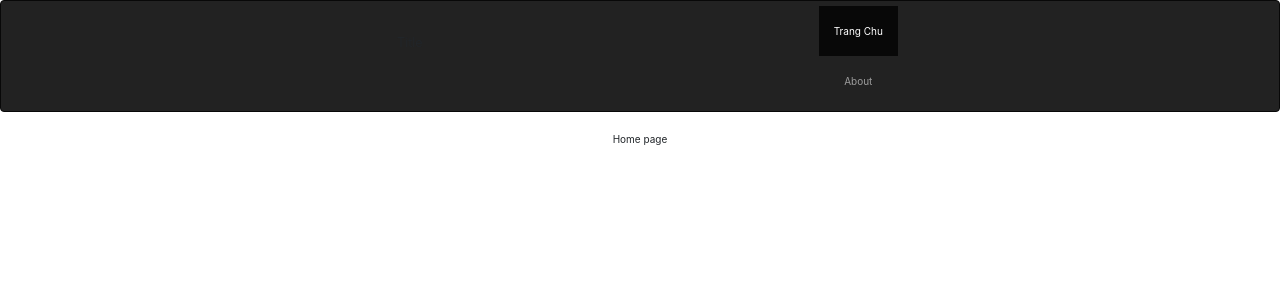
Repository: hntvip/react-route
Page: /
These files come from the project's save history. The page is drawn as it stood at one moment and after the next save; the edit follows.
The browser window is 1280 px wide. The pictures show the whole page.
The project was rebuilt for these pictures with package versions that can differ from the ones it lists, and the page was loaded fresh each time. Also part of the build but not shown: src/components/About.js.

Above is the page before, as saved 2019-11-27 16:39:44.

### public/index.html
<!DOCTYPE html>
<html lang="en">
  <head>
    <meta charset="utf-8" />
    <link rel="icon" href="%PUBLIC_URL%/favicon.ico" />
    <meta name="viewport" content="width=device-width, initial-scale=1" />
    <meta name="theme-color" content="#000000" />
    <meta
      name="description"
      content="Web site created using create-react-app"
    />
    <link rel="apple-touch-icon" href="logo192.png" />
    <!--
      manifest.json provides metadata used when your web app is installed on a
      user's mobile device or desktop. See https://developers.google.com/web/fundamentals/web-app-manifest/
    -->
    <link rel="manifest" href="%PUBLIC_URL%/manifest.json" />
    <!--
      Notice the use of %PUBLIC_URL% in the tags above.
      It will be replaced with the URL of the `public` folder during the build.
      Only files inside the `public` folder can be referenced from the HTML.

      Unlike "/favicon.ico" or "favicon.ico", "%PUBLIC_URL%/favicon.ico" will
      work correctly both with client-side routing and a non-root public URL.
      Learn how to configure a non-root public URL by running `npm run build`.
    -->
    <title>React App</title>

    <!-- Latest compiled and minified CSS & JS -->
    <link rel="stylesheet" media="screen" href="//netdna.bootstrapcdn.com/bootstrap/3.3.4/css/bootstrap.min.css">
    <script src="//code.jquery.com/jquery.js"></script>
    <script src="//netdna.bootstrapcdn.com/bootstrap/3.3.4/js/bootstrap.min.js"></script>

  </head>
  <body>
    <noscript>You need to enable JavaScript to run this app.</noscript>
    <div id="root"></div>
    <!--
      This HTML file is a template.
      If you open it directly in the browser, you will see an empty page.

      You can add webfonts, meta tags, or analytics to this file.
      The build step will place the bundled scripts into the <body> tag.

      To begin the development, run `npm start` or `yarn start`.
      To create a production bundle, use `npm run build` or `yarn build`.
    -->
  </body>
</html>

### src/index.js
import React from 'react';
import ReactDOM from 'react-dom';
import './index.css';
import App from './App';
import * as serviceWorker from './serviceWorker';

import '../node_modules/bootstrap/dist/css/bootstrap.css';

ReactDOM.render(<App />, document.getElementById('root'));

// If you want your app to work offline and load faster, you can change
// unregister() to register() below. Note this comes with some pitfalls.
// Learn more about service workers: https://bit.ly/CRA-PWA
serviceWorker.unregister();

### src/App.js
import React from 'react';
import './App.css';
import { BrowserRouter as Router, Route, Link} from 'react-router-dom';
import About from './components/About';
import Home from './components/Home';

function App() {
  return (
    <Router>
      <div className="App">
        <nav className="navbar navbar-inverse">
          <a  className="navbar-brand">Title</a>
          <ul className="nav navbar-nav">
            <li className="active">
              <Link to="/">Trang Chu</Link>
            </li>
            <li>
              <Link to="/about">About</Link>
            </li>
          </ul>
        </nav>
        {/* Noi Dung */}
        <Route path="/" exact component={Home}></Route>
        <Route path="/about" component={About}></Route>
      </div>
    </Router>
  );
}

export default App;

### src/components/Home.js
import React from 'react';

function Home() {
  return (
    <div>Home page</div>
  );
}

export default Home;

Loaded but not shown: src/index.css (common file); src/serviceWorker.js (common file); src/App.css (common file)

After the next save:
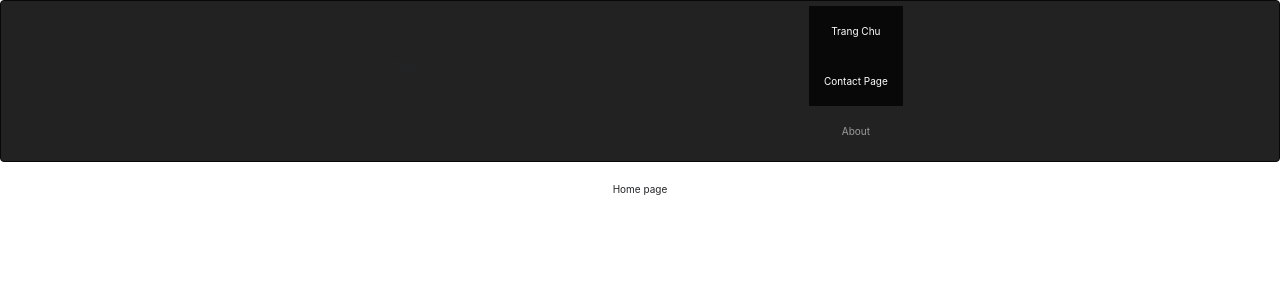
Saved 16 s later.
--- a/src/App.js
+++ b/src/App.js
@@ -14,6 +14,9 @@ function App() {
             <li className="active">
               <Link to="/">Trang Chu</Link>
             </li>
+            <li className="active">
+              <Link to="/">Contact Page</Link>
+            </li>
             <li>
               <Link to="/about">About</Link>
             </li>
